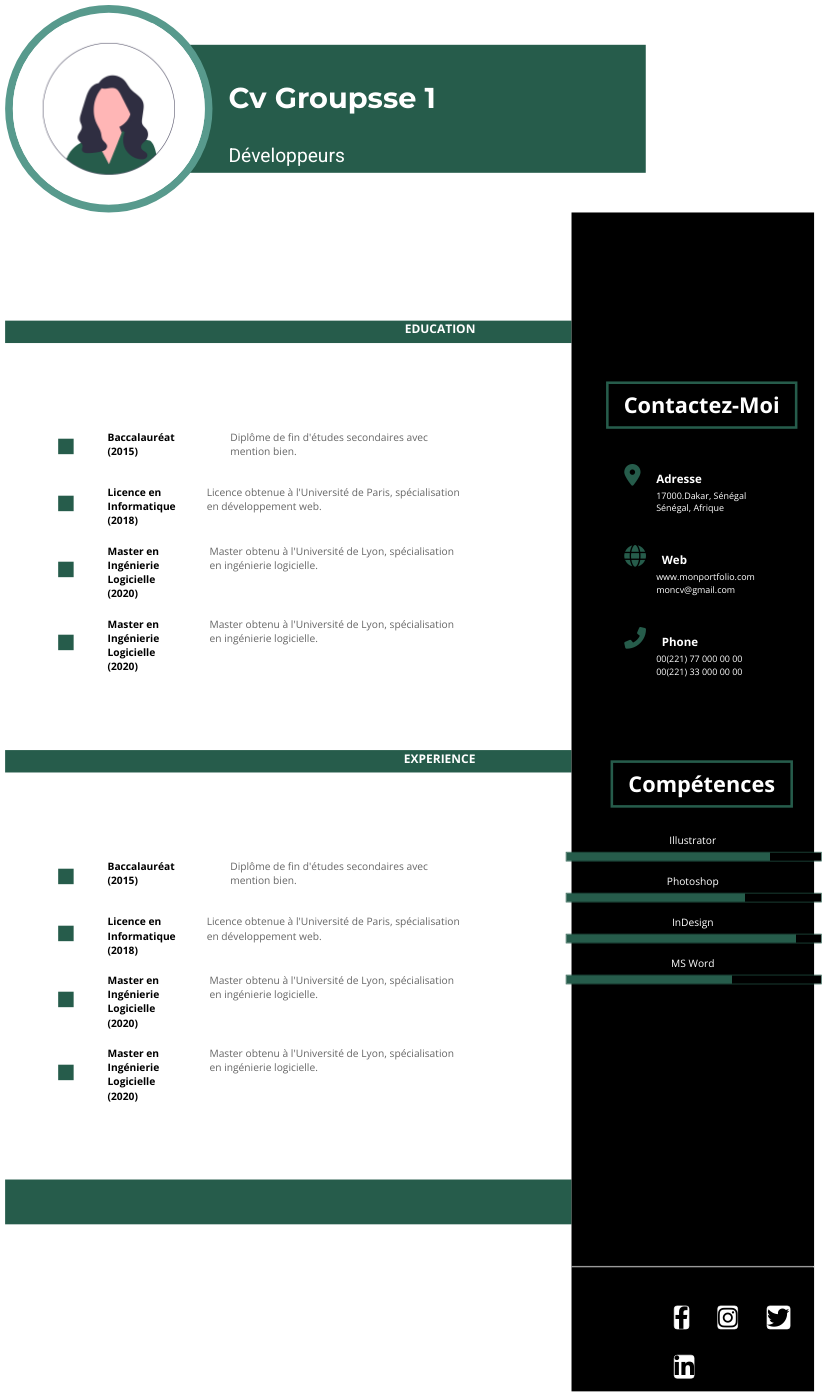
Repository: NdiongueFH/Mon_CV
Page: CV_Groupe1.html
The author's editor kept a copy of each file at every save. The page is drawn from the files as they stood at one save, then again after the next save.
The browser window is 1280 px wide. The page is 1302 px wide, then 1309 px, then 1302 px, so the pictures cover 1309 px, including what lies to the right of the window. The pictures show the whole page, at 64% of full size.

Above is the page before, as saved 2024-08-05 01:25:28.

After the next save:
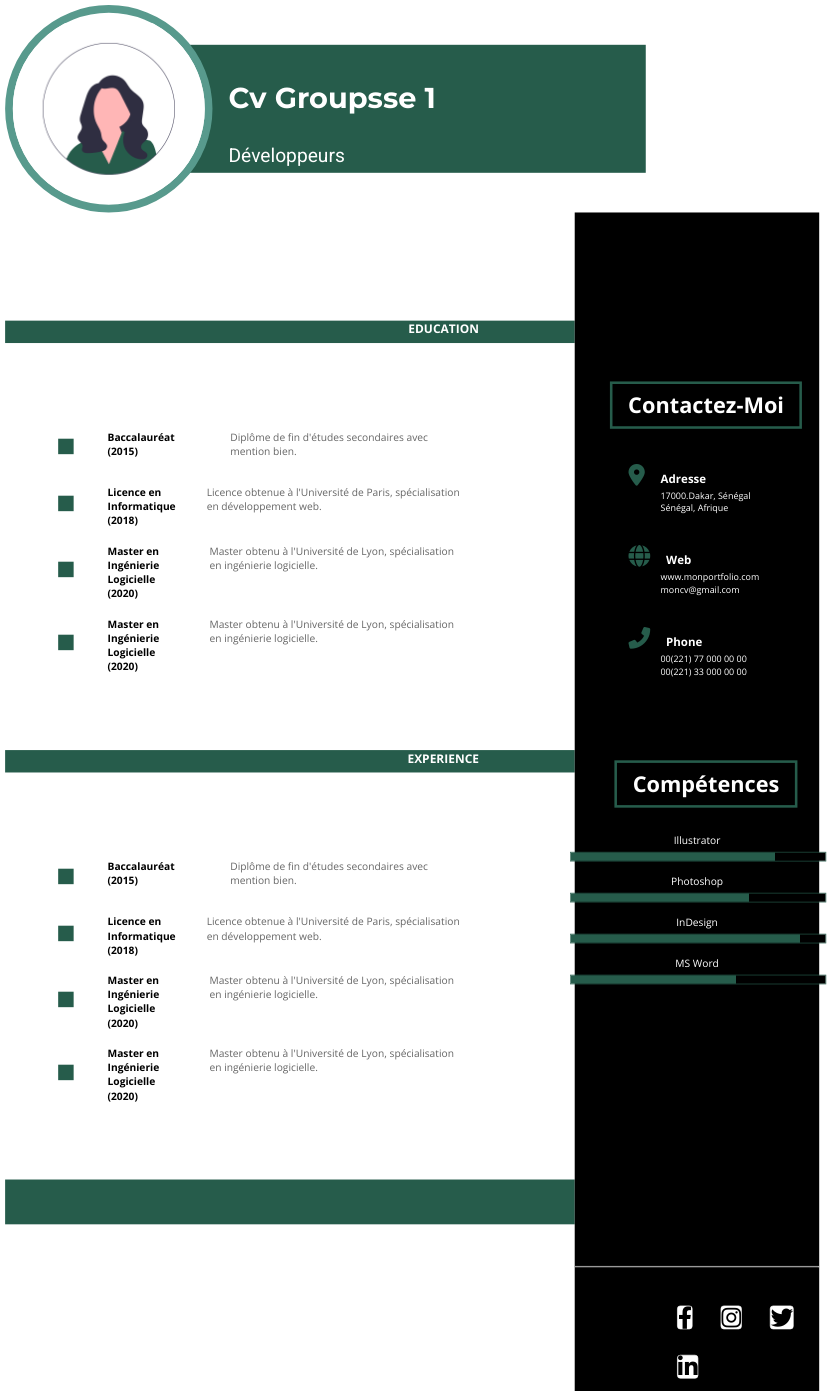
Saved 2 min 22 s later.
--- a/CV_Groupe1.css
+++ b/CV_Groupe1.css
@@ -52,6 +52,15 @@
     font-weight: var(--font-weight-normal);
 }
 
+#profile {
+position: relative;
+z-index: 2;
+}
+
+#renseignement {
+    position: absolute;
+    z-index: 1;
+}
 /*Partie Ndiawar Diop*/
     /*Début partie profil de Mon_CV*/
 

After the 4 saves that followed:
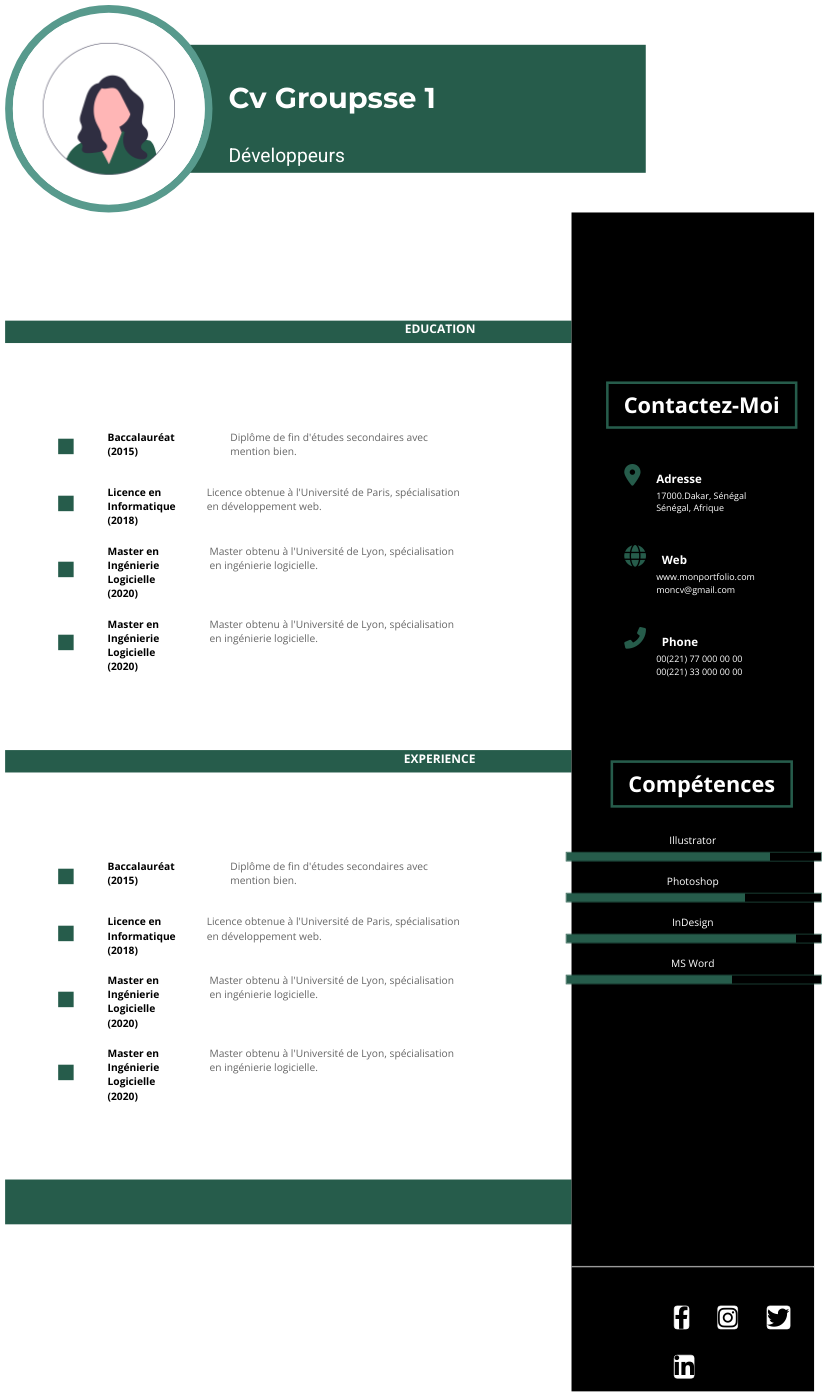
The 4 saves are shown as one change because 3 left the picture as it was.
The last was saved 65 s later.
--- a/CV_Groupe1.css
+++ b/CV_Groupe1.css
@@ -52,15 +52,8 @@
     font-weight: var(--font-weight-normal);
 }
 
-#profile {
-position: relative;
-z-index: 2;
-}
-
-#renseignement {
-    position: absolute;
-    z-index: 1;
-}
+
+
 /*Partie Ndiawar Diop*/
     /*Début partie profil de Mon_CV*/
 
